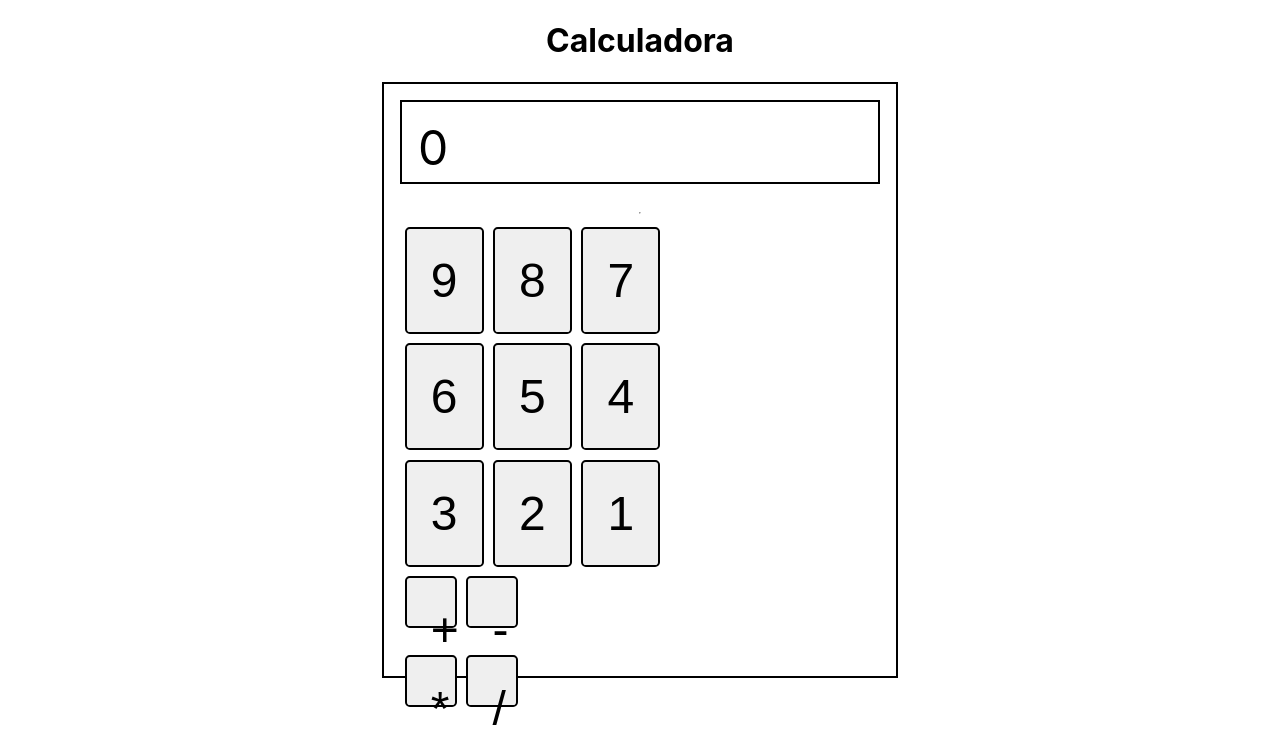
Repository: yamaka/curso-react-febrero-2022
Page: /
These files come from the project's save history. The page is drawn as it stood at one moment and after the next save; the edit follows.
The browser window is 1280 px wide. The pictures show the whole page.
The project was rebuilt for these pictures with package versions that can differ from the ones it lists, and the page was loaded fresh each time. Also part of the build but not shown: src/App.css, src/components/Zanahoria/Zanahoria.css, src/components/Zanahoria/Zanahoria.js, src/components/Zanahorias/Zanahorias.js, src/components/Lechuga/Lechuga.css, src/components/Lechuga/Lechuga.js, src/components/Calculadora/Calculadora.css, src/components/Calculadora/Calculadora.js and 4 more.

Above is the page before, as saved 2022-03-02 18:16:10.

After the next save:
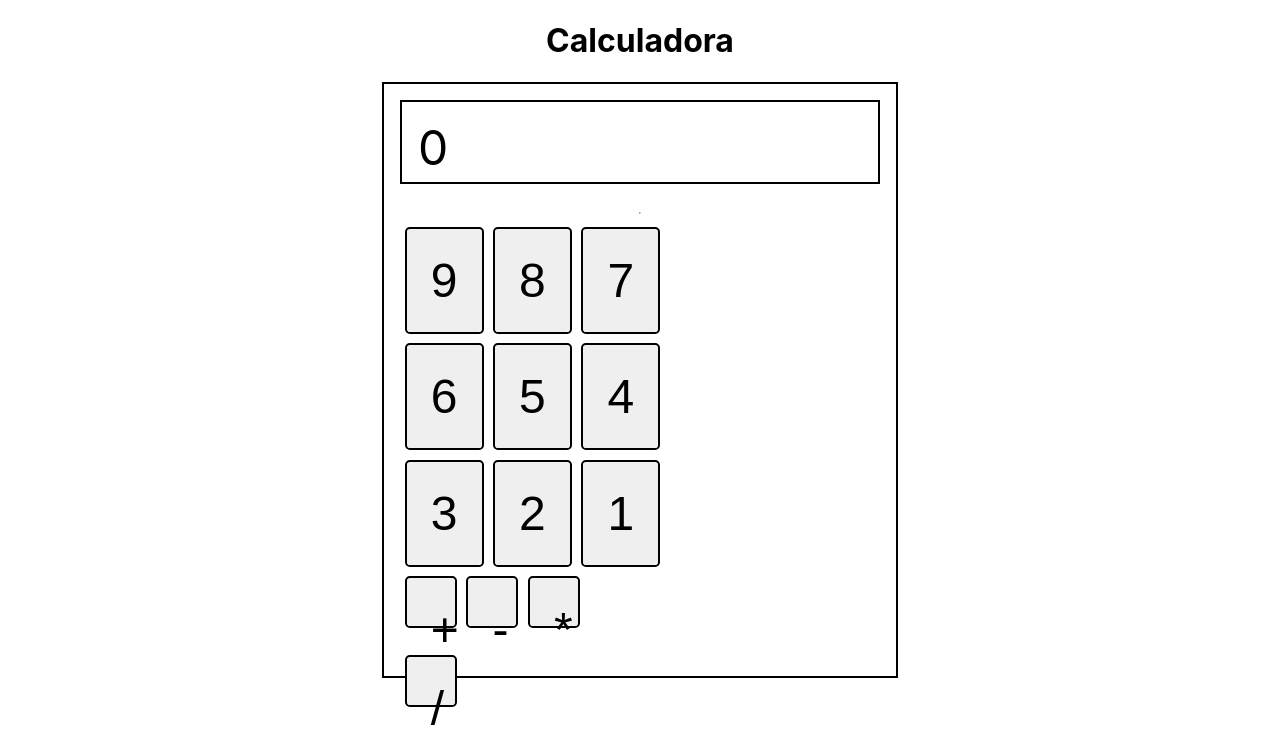
Saved 29 s later.
--- a/src/hooks/Calculadora/Calculadora.js
+++ b/src/hooks/Calculadora/Calculadora.js
@@ -74,7 +74,7 @@ const Calculadora = () => {
             </div>
           </div>
           <div
-            style={{ diplay: "flex", flexDirection: "column", width: "30%" }}
+            style={{ diplay: "flex", flexDirection: "column", width: "200px" }}
           >
             <BotonOperacion operator="+" onPress={onPressOperacion} />
             <BotonOperacion operator="-" onPress={onPressOperacion} />
